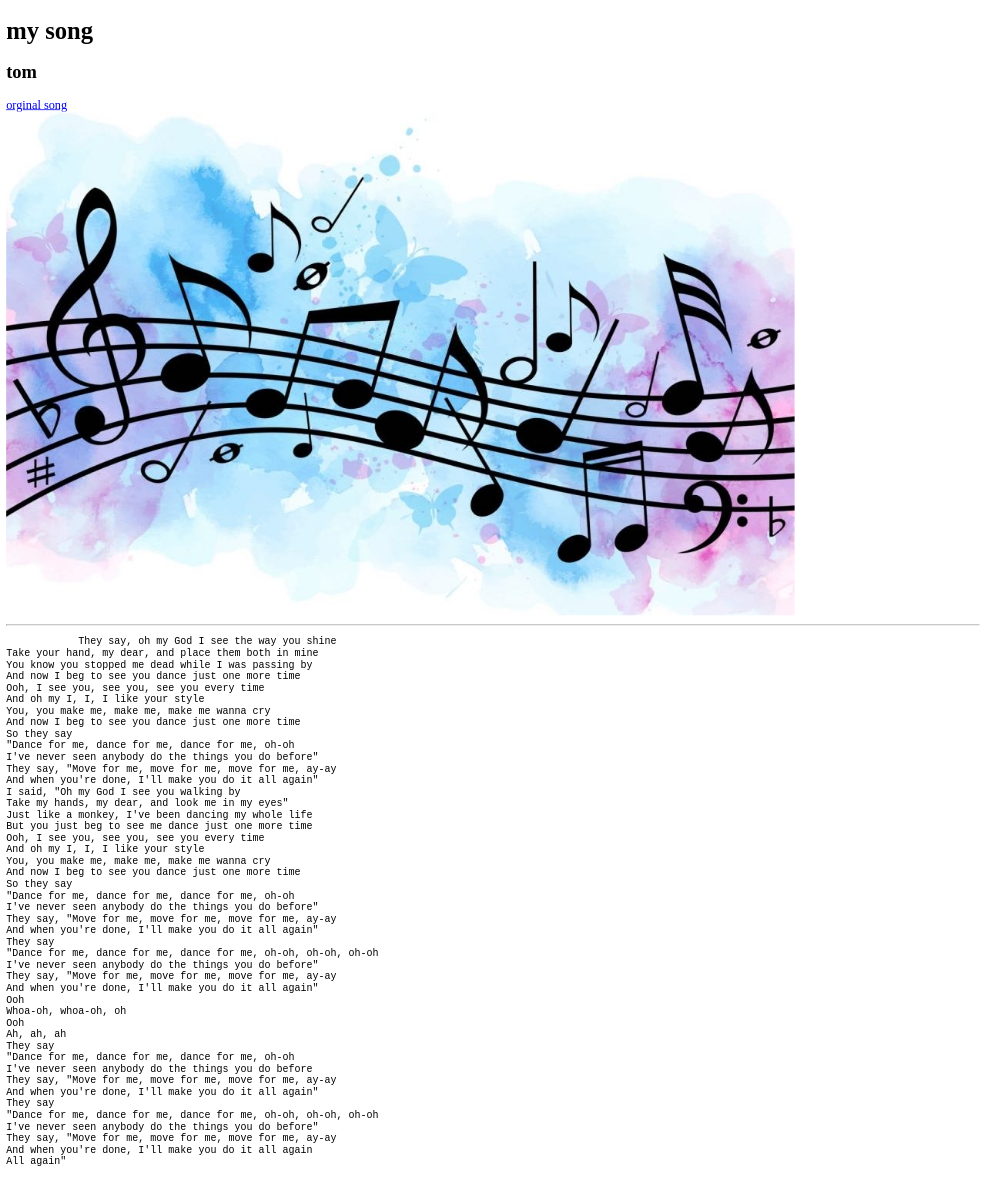
Repository: bao2222/hoc-lam-web
Page: lyric.html
An editor plug-in stored every save of this project. The page is shown before and after the next save, followed by the edit.
The browser window is 1280 px wide. The pictures show the whole page, at 77% of full size.

Above is the page before, as saved 2024-10-30 22:18:30.

### lyric.html
<!DOCTYPE html>
<html>
    <head>
        <title>this my song</title>
    </head>
    <body>
        <h1>my song</h1>
        <h2>tom</h2>
        <a href = "https://www.youtube.com/watch?v=1__CAdTJ5JU">
            orginal song
        </a>

        <br>
        <a>
            <img src = "15.jpg"
            alt = "music"
        </a>

        <hr>
        <pre>
            They say, oh my God I see the way you shine
Take your hand, my dear, and place them both in mine
You know you stopped me dead while I was passing by
And now I beg to see you dance just one more time
Ooh, I see you, see you, see you every time
And oh my I, I, I like your style
You, you make me, make me, make me wanna cry
And now I beg to see you dance just one more time
So they say
"Dance for me, dance for me, dance for me, oh-oh
I've never seen anybody do the things you do before"
They say, "Move for me, move for me, move for me, ay-ay
And when you're done, I'll make you do it all again"
I said, "Oh my God I see you walking by
Take my hands, my dear, and look me in my eyes"
Just like a monkey, I've been dancing my whole life
But you just beg to see me dance just one more time
Ooh, I see you, see you, see you every time
And oh my I, I, I like your style
You, you make me, make me, make me wanna cry
And now I beg to see you dance just one more time
So they say
"Dance for me, dance for me, dance for me, oh-oh
I've never seen anybody do the things you do before"
They say, "Move for me, move for me, move for me, ay-ay
And when you're done, I'll make you do it all again"
They say
"Dance for me, dance for me, dance for me, oh-oh, oh-oh, oh-oh
I've never seen anybody do the things you do before"
They say, "Move for me, move for me, move for me, ay-ay
And when you're done, I'll make you do it all again"
Ooh
Whoa-oh, whoa-oh, oh
Ooh
Ah, ah, ah
They say
"Dance for me, dance for me, dance for me, oh-oh
I've never seen anybody do the things you do before
They say, "Move for me, move for me, move for me, ay-ay
And when you're done, I'll make you do it all again"
They say
"Dance for me, dance for me, dance for me, oh-oh, oh-oh, oh-oh
I've never seen anybody do the things you do before"
They say, "Move for me, move for me, move for me, ay-ay
And when you're done, I'll make you do it all again
All again"

        </pre>
    </body>
</html>

After the next save:
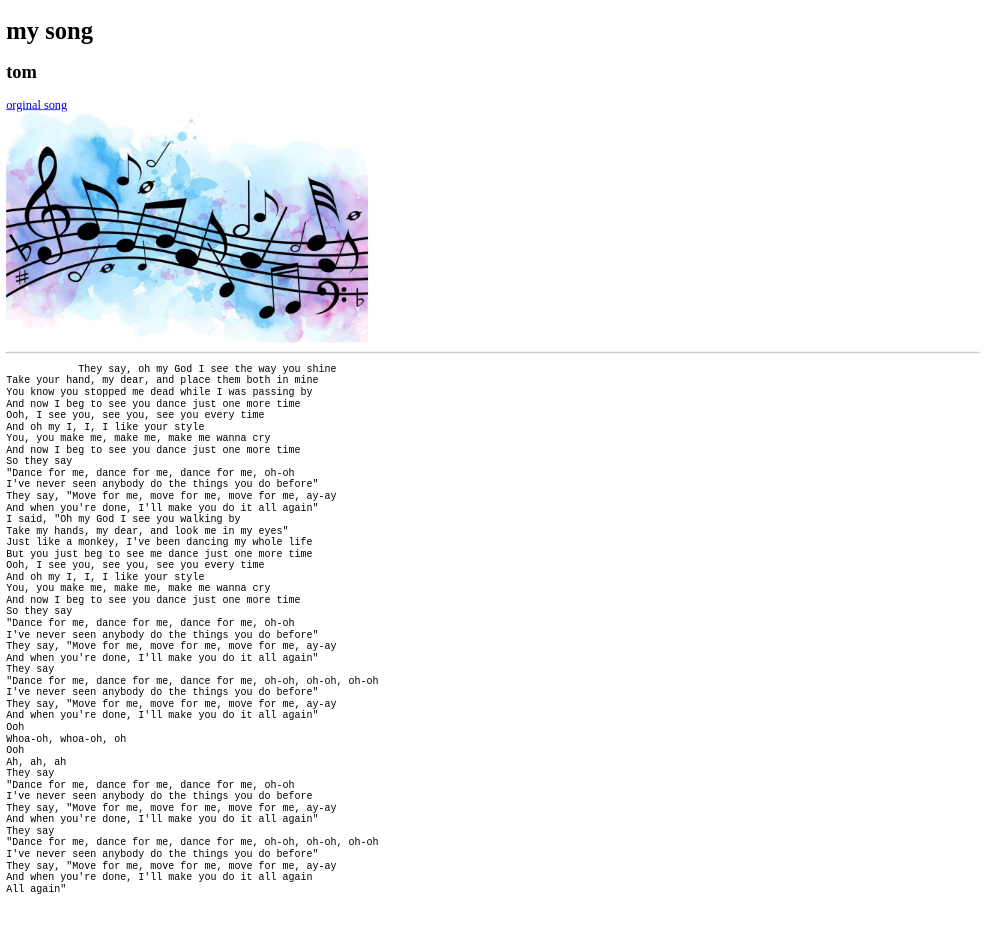
Saved 45 s later.
--- a/lyric.html
+++ b/lyric.html
@@ -14,6 +14,7 @@
         <a>
             <img src = "15.jpg"
             alt = "music"
+            height = "300">
         </a>
 
         <hr>
